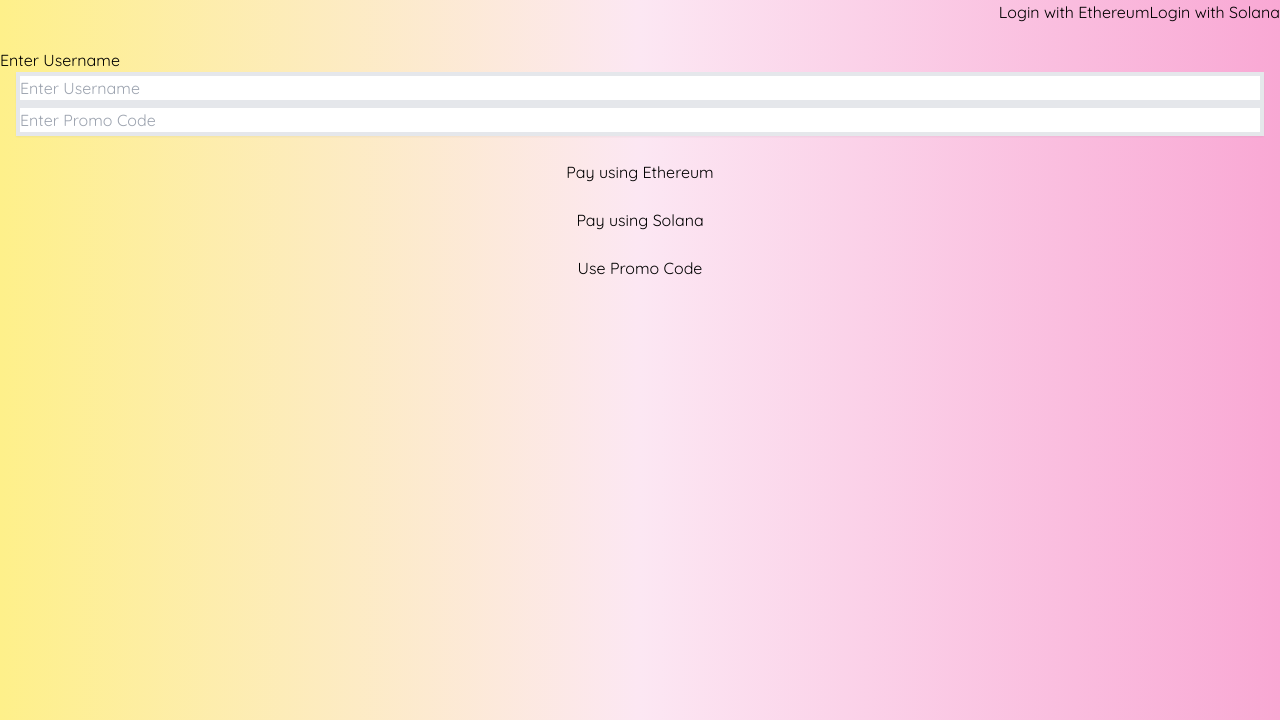
Repository: 22shivam/Polychain
Page: / (app in frontend/)
The author's editor kept a copy of each file at every save. The page is drawn from the files as they stood at one save, then again after the next save.
The browser window is 1280 px wide. The pictures show the whole page.
The page's requests for data from a server got no answer. The project was rebuilt for these pictures with package versions that can differ from the ones it lists, and the page was loaded fresh each time. The framework's server and built-in components were replaced by stand-ins that run in the browser. No one was signed in, and anything a server would have sent is missing. Also part of the build but not shown: frontend/next.config.js.

Above is the page before, as saved 2022-01-01 11:38:49.

### frontend/pages/_app.js
import React from 'react';
import '../styles/globals.css'
import { useState, createContext } from 'react';

const UserContext = createContext({
  userAccount: "",
  setUserAccount: () => { }
});

function MyApp({ Component, pageProps }) {
  const [userAccount, setUserAccount] = useState({});
  const value = { userAccount, setUserAccount };
  console.log(userAccount)


  return (
    <UserContext.Provider value={value}>
      <Component {...pageProps} />
    </UserContext.Provider>
  )
}

export default MyApp
export { UserContext };

### frontend/pages/_document.js
import Document, { Html, Head, Main, NextScript } from 'next/document'

class MyDocument extends Document {
    render() {
        return (
            <Html>
                <Head>
                    <link rel="preconnect" href="https://fonts.googleapis.com" />
                    <link rel="preconnect" href="https://fonts.gstatic.com" crossorigin />
                    <link href="https://fonts.googleapis.com/css2?family=Quicksand:wght@300;400;500;600;700&display=swap" rel="stylesheet" />
                </Head>
                <body className='bg-gradient-to-r from-yellow-200 via-pink-100 to-pink-300'>
                    <Main />
                    <NextScript />
                </body>
            </Html>
        )
    }
}

export default MyDocument

### frontend/pages/index.js
import { useState, useEffect, useContext } from "react";
import transferSOL from "../lib/transferSol";
import transferEth from "../lib/transferEth";
import createPostRequest from "../lib/createPostRequest";
import { ethers } from "ethers";
import Link from 'next/link'
import getSolanaProvider from "../lib/getSolanaProvider";
import { UserContext } from "./_app";
import * as web3 from "@solana/web3.js";

export default function App() {
    console.log("rerendering")
    const [username, setUsername] = useState("")
    const [promoCode, setPromoCode] = useState("");
    const { userAccount, setUserAccount } = useContext(UserContext);

    const handleLogout = async () => {
        console.log(userAccount.blockchain)
        if (userAccount.blockchain == "sol") {
            window.solana.disconnect()
        }
        const response = await fetch("http://localhost:3001/logout", {
            credentials: 'include'
        })

        const processedResponse = await response.json()
        console.log(processedResponse)
        setUserAccount({})
    }

    useEffect(() => {
        // ask them to login either through solana or eth
        (async () => {
            console.log("fetching username details")
            const response = await fetch("http://localhost:3001/isLoggedIn", {
                credentials: 'include'
            })
            const processedResponse = await response.json()
            console.log("processedResponse", processedResponse)
            if (!processedResponse.isLoggedIn) {
                return console.log("please login first")
            } else {
                setUserAccount({ address: processedResponse.address, blockchain: processedResponse.blockchain })
            }
        })()
    }, [])

    useEffect(() => {
        if (window.ethereum) {
            window.ethereum.on('accountsChanged', handleLogout);
        }
        if (window.solana) {
            window.solana.on("disconnect", handleLogout)
        }
        return () => {
            if (window.ethereum) {
                window.ethereum.removeListener('accountsChanged', handleLogout);
            }
            if (window.solana) {
                window.solana.removeListener("disconnect", handleLogout);
            }
        }
    }, [])

    const registerUsingPromoCode = async (e) => {

        if (!window.ethereum)
            throw new Error("No Ethereum Crypto wallet found. Please install it.");
        // await window.ethereum.send("eth_requestAccounts");
        // const accounts = await window.ethereum.request({ method: 'eth_accounts' });
        if (!userAccount.address) {
            // ask them to login either through solana or eth
            return console.log("please login first")
        }

        const requestObject = {
            username,
            promoCode,
            address: userAccount.address,
            blockchain: userAccount.blockchain
        }

        try {
            const registrationResponse = await createPostRequest("http://localhost:3001/register/promo", requestObject)
            console.log(registrationResponse)
        } catch (err) { console.log("registration failed:", err) }

    }

    const registerUsingSolana = async (e) => {
        const coinbaseResponse = await fetch("https://api.coinbase.com/v2/exchange-rates")
        const data = await coinbaseResponse.json()
        const solPerUSD = data.data.rates.SOL
        const SOLpayValue = solPerUSD * 5
        const hash = await transferSOL(SOLpayValue, "AA6bqLgTzYPpFFH2R9XLdudibWcemLkKDRtZmPQEsEiS", setUserAccount);
        if (!hash) { return }

        const requestObject = {
            hash,
            username
        }

        try {
            const registrationResponse = await createPostRequest("http://localhost:3001/register/sol", requestObject)
            console.log(registrationResponse)
        } catch (err) { console.log("registration failed:", err) }


    }

    const registerUsingEthereum = async (e) => {
        // make get request to https://api.coinbase.com/v2/exchange-rates
        // get the USD value of ETH
        const coinbaseResponse = await fetch("https://api.coinbase.com/v2/exchange-rates")
        const data = await coinbaseResponse.json()
        const ethPerUSD = data.data.rates.ETH
        const ETHpayValue = ethPerUSD * 5

        const tx = await transferEth({
            ether: ETHpayValue.toString(),
            addr: "0x76aEB5092D8eabCec324Be739b8BA5dF473F0055"
        }, setUserAccount)
        if (!tx) { return }

        const requestObject = {
            tx,
            username
        }
        try {
            const registrationResponse = await createPostRequest("http://localhost:3001/register/eth", requestObject)
            console.log(registrationResponse)
        } catch (err) { console.log("registration failed:", err) }
    }

    const ethLogin = async (e) => {
        try {
            if (!window.ethereum)
                throw new Error("No Ethereum Crypto wallet found. Please install it.");
            // await window.ethereum.send("eth_requestAccounts");
            // const accounts = await window.ethereum.request({ method: 'eth_accounts' });
            const accounts = await window.ethereum.request({
                method: "wallet_requestPermissions",
                params: [{
                    eth_accounts: {}
                }]
            }).then(() => ethereum.request({
                method: 'eth_requestAccounts'
            }))
            // const accounts = await ethereum.request({ method: "eth_requestAccounts" })
            const provider = new ethers.providers.Web3Provider(window.ethereum);
            const signer = provider.getSigner();
            const message = `Logging in.... \n \n Random ID: ${Math.random().toString(36).slice(2)}`
            const signature = await signer.signMessage(message)
            const requestObject = {
                signature,
                message,
                address: accounts[0]
            }
            const loginResponse = await createPostRequest("http://localhost:3001/login/eth", requestObject)

            if (loginResponse.success) {
                setUserAccount({ address: accounts[0], blockchain: "eth" })
            }

            console.log(loginResponse)
        } catch (err) { console.log(err) }

    }

    const solLogin = async (e) => {
        try {
            const provider = await (async () => {
                if ("solana" in window) {
                    // await window.solana.request({ method: "disconnect" });
                    await window.solana.connect();
                    const provider = window.solana;
                    console.log("Is Phantom installed?  ", provider.isPhantom);
                    return provider
                } else {
                    window.open("https://www.phantom.app/", "_blank");
                }
            })()
            const message = `Logging in.... \n \n Random ID: ${Math.random().toString(36).slice(2)}`
            const encodedMessage = new TextEncoder().encode(message);
            const signedMessage = await window.solana.signMessage(encodedMessage, "utf8")
            console.log(JSON.parse(JSON.stringify(signedMessage.publicKey)).toString())
            console.log(signedMessage.publicKey.toBase58()) // returns publickey in base58.
            console.log(new web3.PublicKey(signedMessage.publicKey.toBase58()))
            console.log(Object.getPrototypeOf(signedMessage.publicKey))
            console.log(signedMessage.publicKey)
            console.log(signedMessage.publicKey)
            console.log(signedMessage.publicKey._bn)
            console.log(signedMessage)
            console.log(JSON.stringify(signedMessage))


            const requestObject = {
                signedMessage: signedMessage,
                message,
                address: signedMessage.publicKey.toBytes(),
                publicKey: signedMessage.publicKey.toBase58()

            }
            const loginResponse = await createPostRequest("http://localhost:3001/login/sol", requestObject)

            if (loginResponse.success) {
                setUserAccount({ address: signedMessage.publicKey.toString(), blockchain: "sol" })
            }

            console.log(loginResponse)
        } catch (err) { console.log(err) }
    }


    return (
        <div className="flex flex-col">
            <div className="flex flex-row" id="nav_bar">
                <div className="grow-0" id="left_nav_bar"> </div>
                <div className="grow" id="spacer">  </div>
                <div className="grow-0" id="right_nav_bar">
                    {userAccount.address ?
                        <div>
                            <h1><Link href="/dashboard">Dashboard</Link></h1>
                            <button onClick={handleLogout}>Logout</button>
                        </div>
                        : (
                            <div>
                                <button onClick={ethLogin}>Login with Ethereum</button>
                                <button onClick={solLogin}>Login with Solana</button>

                            </div>
                        )}


                </div>
            </div>

            <br />
            <h1> Enter Username </h1>
            <input value={username} onChange={(e) => { setUsername(e.target.value) }} className="shadow-sm mr-4 ml-4 border-4" name="ether" type="text" placeholder="Enter Username" />
            <input value={promoCode} onChange={(e) => { setPromoCode(e.target.value) }} className="shadow-sm mr-4 ml-4 border-4" name="ether" type="text" placeholder="Enter Promo Code" />
            <br />
            <button onClick={registerUsingEthereum}>Pay using Ethereum</button>
            <br />
            <button onClick={registerUsingSolana}>Pay using Solana</button>
            <br />
            <button onClick={registerUsingPromoCode}>Use Promo Code</button>
        </div>

    );
}

### frontend/styles/globals.css
@tailwind base;
@tailwind components;
@tailwind utilities;

html,
body {
  padding: 0;
  margin: 0;
  font-family: Quicksand, -apple-system, BlinkMacSystemFont, Segoe UI, Roboto, Oxygen,
    Ubuntu, Cantarell, Fira Sans, Droid Sans, Helvetica Neue, sans-serif;
}

a {
  color: inherit;
  text-decoration: none;
}

* {
  box-sizing: border-box;
}

### frontend/lib/transferSol.js
import getSolanaProvider from "./getSolanaProvider";
import * as web3 from '@solana/web3.js';

export default async function transferSOL(solAmount, toAddr, setUserAccount) {
    // Detecing and storing the phantom wallet of the user (creator in this case)
    var provider = await getSolanaProvider();

    // Establishing connection
    var connection = new web3.Connection(
        web3.clusterApiUrl('devnet'), // change to mainnet-beta when deploying
    );
    var recieverWallet = new web3.PublicKey(toAddr);
    console.log("pblickey of sender", provider.publicKey)
    var transaction = new web3.Transaction().add(
        web3.SystemProgram.transfer({
            fromPubkey: provider.publicKey,
            toPubkey: recieverWallet,
            lamports: solAmount * web3.LAMPORTS_PER_SOL
        }),
    );

    // Setting the variables for the transaction
    transaction.feePayer = await provider.publicKey;
    let blockhashObj = await connection.getRecentBlockhash();
    transaction.recentBlockhash = await blockhashObj.blockhash;
    // Request creator to sign the transaction (allow the transaction)
    let signed = await provider.signTransaction(transaction);
    // The signature is generated
    let hash = await connection.sendRawTransaction(signed.serialize());
    console.log(hash)
    // Confirm whether the transaction went through or not
    if (setUserAccount) {
        setUserAccount({ address: provider.publicKey, blockchain: "sol" })
    }
    await connection.confirmTransaction(hash);
    return hash
}

### frontend/lib/transferEth.js
import { ethers } from 'ethers'
import { toBn } from 'evm-bn';

const transferEth = async ({ ether, addr }, setUserAccount) => {
    try {
        if (!window.ethereum)
            throw new Error("No crypto wallet found. Please install it.");

        const accounts = await ethereum.request({ method: "eth_requestAccounts" })
        // await window.ethereum.request({ method: 'eth_accounts' });
        const provider = new ethers.providers.Web3Provider(window.ethereum);
        const signer = provider.getSigner();
        const tx = await signer.sendTransaction({
            to: addr,
            value: toBn(ether)
        });
        if (setUserAccount) {
            setUserAccount({ address: accounts[0], blockchain: "eth" })
        }
        return tx
    } catch (err) {
        alert(err.message)
    }
};

export default transferEth

### frontend/lib/createPostRequest.js

const createPostRequest = async (url, requestObject) => {
    const response = await fetch(url, {
        method: 'POST', // *GET, POST, PUT, DELETE, etc.
        mode: 'cors', // no-cors, *cors, same-origin
        cache: 'no-cache', // *default, no-cache, reload, force-cache, only-if-cached
        credentials: 'include', // include, *same-origin, omit
        headers: {
            'Content-Type': 'application/json'
            // 'Content-Type': 'application/x-www-form-urlencoded',
        },
        redirect: 'follow', // manual, *follow, error
        referrerPolicy: 'no-referrer', // no-referrer, *no-referrer-when-downgrade, origin, origin-when-cross-origin, same-origin, strict-origin, strict-origin-when-cross-origin, unsafe-url
        body: JSON.stringify(requestObject) // body data type must match "Content-Type" header
    });

    const processedResponse = await response.json();

    return processedResponse
}

export default createPostRequest;

### frontend/lib/getSolanaProvider.js
const getSolanaProvider = async () => {
    if ("solana" in window) {
        await window.solana.connect();
        const provider = window.solana;
        if (provider.isPhantom) {
            console.log("Is Phantom installed?  ", provider.isPhantom);
            return provider;
        }
    } else {
        window.open("https://www.phantom.app/", "_blank");
    }
};

export default getSolanaProvider;

Loaded but not shown: frontend/tailwind.config.js (common file)

After the next save:
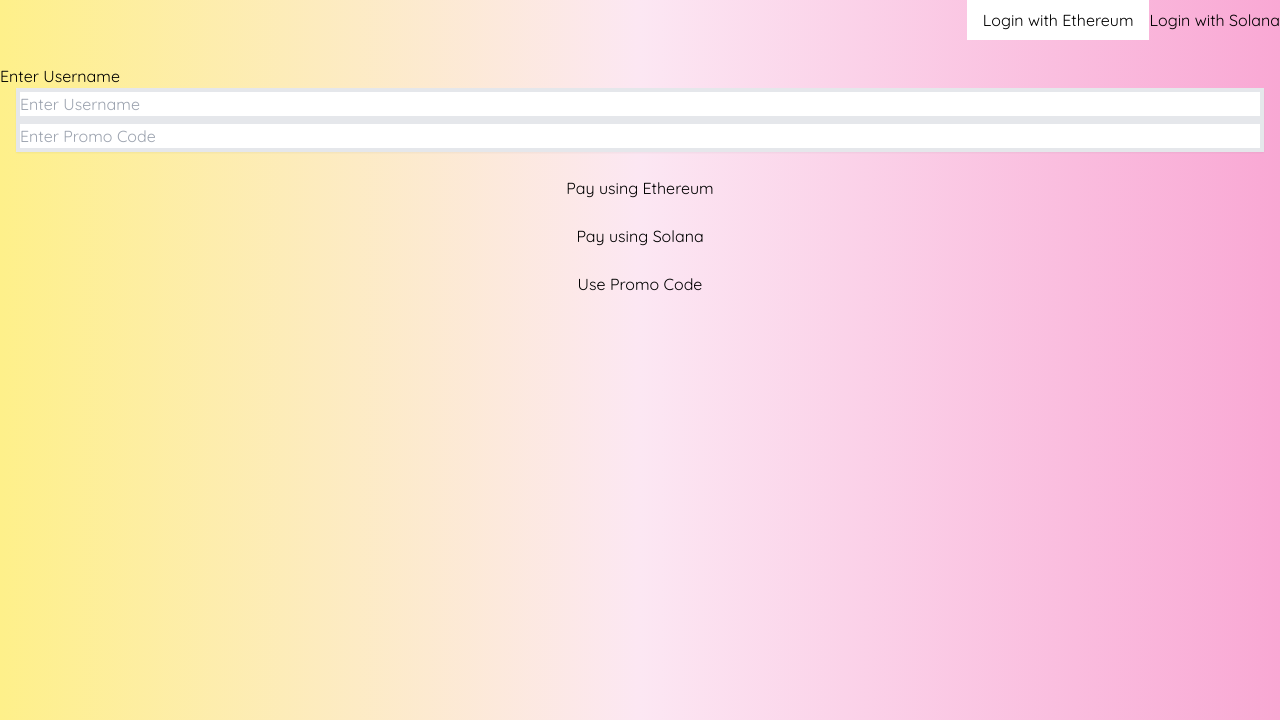
Saved 70 s later.
--- a/frontend/pages/index.js
+++ b/frontend/pages/index.js
@@ -225,9 +225,8 @@ export default function App() {
                         </div>
                         : (
                             <div>
-                                <button onClick={ethLogin}>Login with Ethereum</button>
+                                <button className="px-4 py-2 hover:shadow-md bg-white" onClick={ethLogin}>Login with Ethereum</button>
                                 <button onClick={solLogin}>Login with Solana</button>
-
                             </div>
                         )}
 
